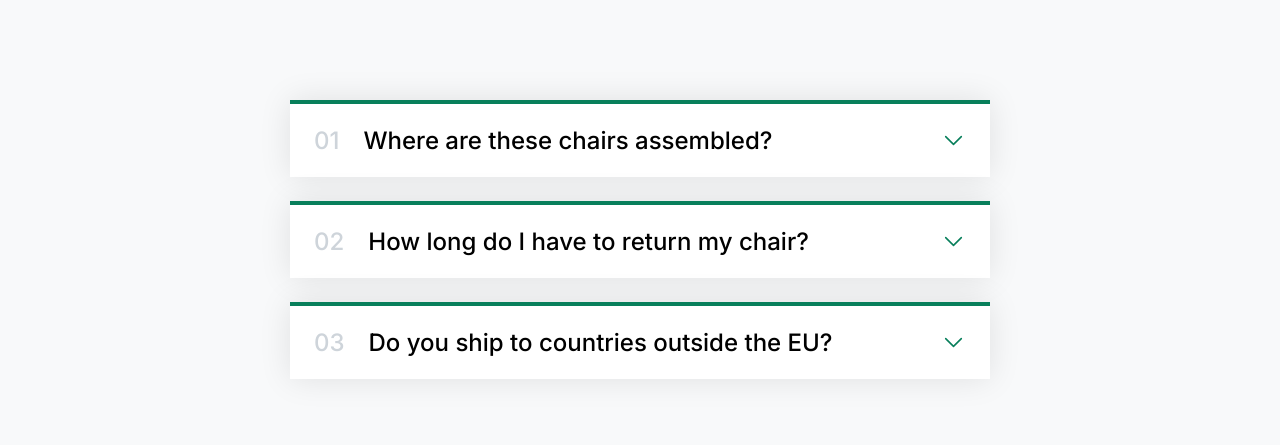
Repository: Ahmed123rezk123/06-Components
Page: accordion.html
An editor plug-in stored every save of this project. The page is shown before and after the next save, followed by the edit.
The browser window is 1280 px wide. The pictures show the whole page.

Above is the page before, as saved 2024-09-16 03:20:17.

### accordion.html
<!DOCTYPE html>
<html lang="en">
  <head>
    <meta charset="UTF-8" />
    <meta name="viewport" content="width=device-width, initial-scale=1.0" />
    <link rel="preconnect" href="https://fonts.gstatic.com" />
    <link
      href="https://fonts.googleapis.com/css2?family=Inter:wght@400;500;700&display=swap"
      rel="stylesheet"
    />
    <link rel="stylesheet" href="accordion.css" />
    <title>Accordion</title>
  </head>
  <body>
    <div class="accordion">
      <div class="item">
        <p class="number">01</p>
        <p class="text">Where are these chairs assembled?</p>
        <svg
          xmlns="http://www.w3.org/2000/svg"
          fill="none"
          viewBox="0 0 24 24"
          stroke-width="1.5"
          stroke="currentColor"
          class="icon"
        >
          <path
            stroke-linecap="round"
            stroke-linejoin="round"
            d="m19.5 8.25-7.5 7.5-7.5-7.5"
          />
        </svg>
        <div class="hidden-box">
          <p>
            Lorem ipsum dolor sit amet, consectetur adipisicing elit. Tempora
            consequuntur commodi fuga at praesentium totam culpa libero
            adipisci, atque iure asperiores pariatur dolore vero tempore quasi
            assumenda possimus quidem similique?
          </p>
          <ul>
            <li>Lorem ipsum, dolor sit amet consectetur adipisicing elit.</li>
            <li>
              Quasi accusamus corporis totam tempora suscipit ab obcaecati.
            </li>
            <li>Tempora, et atque officia at consequatur laborum!</li>
            <li>Repudiandae praesentium illo voluptate in, atque enim.</li>
          </ul>
        </div>
      </div>
      <div class="item open">
        <p class="number">02</p>
        <p class="text">How long do I have to return my chair?</p>
        <svg
          xmlns="http://www.w3.org/2000/svg"
          fill="none"
          viewBox="0 0 24 24"
          stroke-width="1.5"
          stroke="currentColor"
          class="icon icon2"
        >
          <path
            stroke-linecap="round"
            stroke-linejoin="round"
            d="m19.5 8.25-7.5 7.5-7.5-7.5"
          />
        </svg>
        <div class="hidden-box">
          <p>
            Lorem ipsum dolor sit amet, consectetur adipisicing elit. Tempora
            consequuntur commodi fuga at praesentium totam culpa libero
            adipisci, atque iure asperiores pariatur dolore vero tempore quasi
            assumenda possimus quidem similique?
          </p>
          <ul>
            <li>Lorem ipsum, dolor sit amet consectetur adipisicing elit.</li>
            <li>
              Quasi accusamus corporis totam tempora suscipit ab obcaecati.
            </li>
            <li>Tempora, et atque officia at consequatur laborum!</li>
            <li>Repudiandae praesentium illo voluptate in, atque enim.</li>
          </ul>
        </div>
      </div>
      <div class="item">
        <p class="number">03</p>
        <p class="text">Do you ship to countries outside the EU?</p>
        <svg
          xmlns="http://www.w3.org/2000/svg"
          fill="none"
          viewBox="0 0 24 24"
          stroke-width="1.5"
          stroke="currentColor"
          class="icon"
        >
          <path
            stroke-linecap="round"
            stroke-linejoin="round"
            d="m19.5 8.25-7.5 7.5-7.5-7.5"
          />
        </svg>
        <div class="hidden-box">
          <p>
            Lorem ipsum dolor sit amet, consectetur adipisicing elit. Tempora
            consequuntur commodi fuga at praesentium totam culpa libero
            adipisci, atque iure asperiores pariatur dolore vero tempore quasi
            assumenda possimus quidem similique?
          </p>
          <ul>
            <li>Lorem ipsum, dolor sit amet consectetur adipisicing elit.</li>
            <li>
              Quasi accusamus corporis totam tempora suscipit ab obcaecati.
            </li>
            <li>Tempora, et atque officia at consequatur laborum!</li>
            <li>Repudiandae praesentium illo voluptate in, atque enim.</li>
          </ul>
        </div>
      </div>
    </div>
  </body>
</html>

### accordion.css
* {
  margin: 0;
  padding: 0;
  box-sizing: border-box;
}

body {
  font-family: "Inter", sans-serif;
  color: #343a40;
  /* border-bottom: 8px solid #087f5b; */
  background-color: #f8f9fa;
  line-height: 1;
  /* height: 500px; */
}
.accordion {
  width: 700px;
  margin: 100px auto;
  display: flex;
  flex-direction: column;
  gap: 24px;
}

.item {
  background-color: #fff;
  padding: 24px;
  display: grid;
  grid-template-columns: auto 1fr auto;
  column-gap: 24px;
  row-gap: 32px;
  box-shadow: 0 0 32px rgba(0, 0, 0, 0.1);
  align-items: center;
  border-top: 4px solid #087f5b;
}
.number,
.text {
  font-size: 24px;
  font-weight: 500;
  color: #ced4da;
}
.text {
  color: #000;
}

.icon {
  width: 25px;
  stroke: #087f5b;
}

.hidden-box {
  grid-column: 2;
  display: none;
}
.hidden-box p {
  line-height: 1.6;
  margin-bottom: 24px;
}

.hidden-box ul {
  color: #868e96;
  margin-left: 20px;
  display: flex;
  flex-direction: column;
  gap: 12px;
}

After the next save:
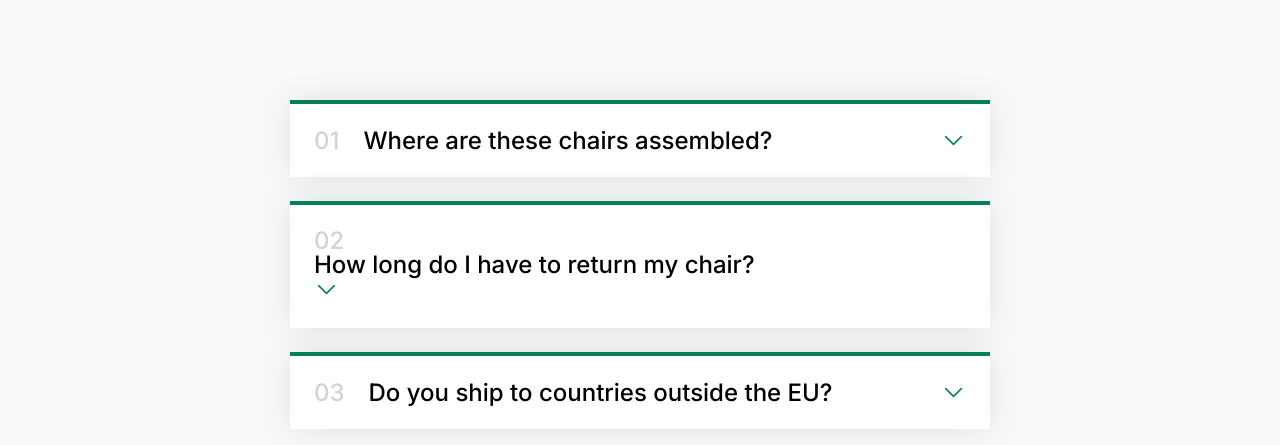
Saved 28 s later.
--- a/accordion.css
+++ b/accordion.css
@@ -31,6 +31,7 @@ body {
   align-items: center;
   border-top: 4px solid #087f5b;
 }
+
 .number,
 .text {
   font-size: 24px;
@@ -50,6 +51,9 @@ body {
   grid-column: 2;
   display: none;
 }
+.open {
+  display: block;
+}
 .hidden-box p {
   line-height: 1.6;
   margin-bottom: 24px;

After the save that followed:
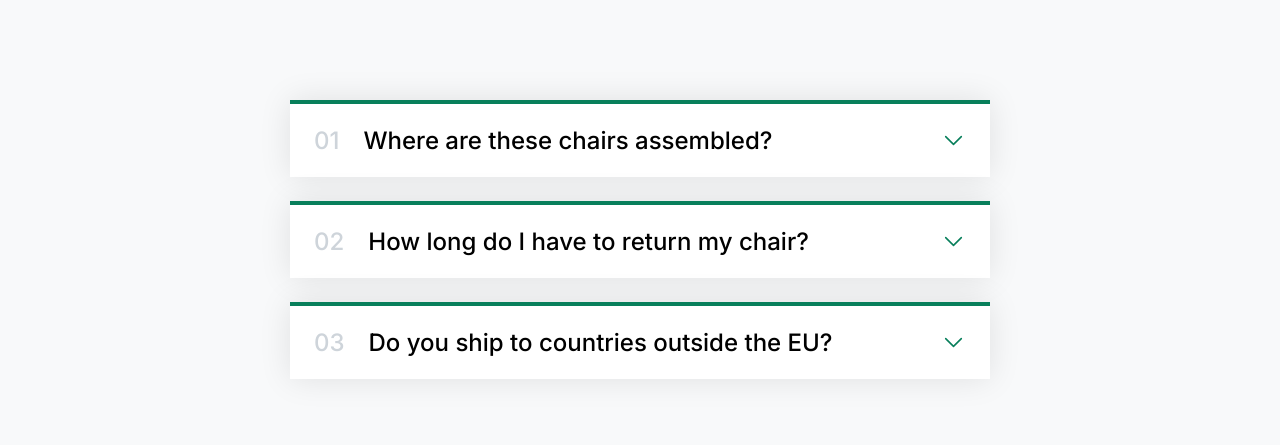
Saved 6 s later.
--- a/accordion.css
+++ b/accordion.css
@@ -52,7 +52,6 @@ body {
   display: none;
 }
 .open {
-  display: block;
 }
 .hidden-box p {
   line-height: 1.6;
